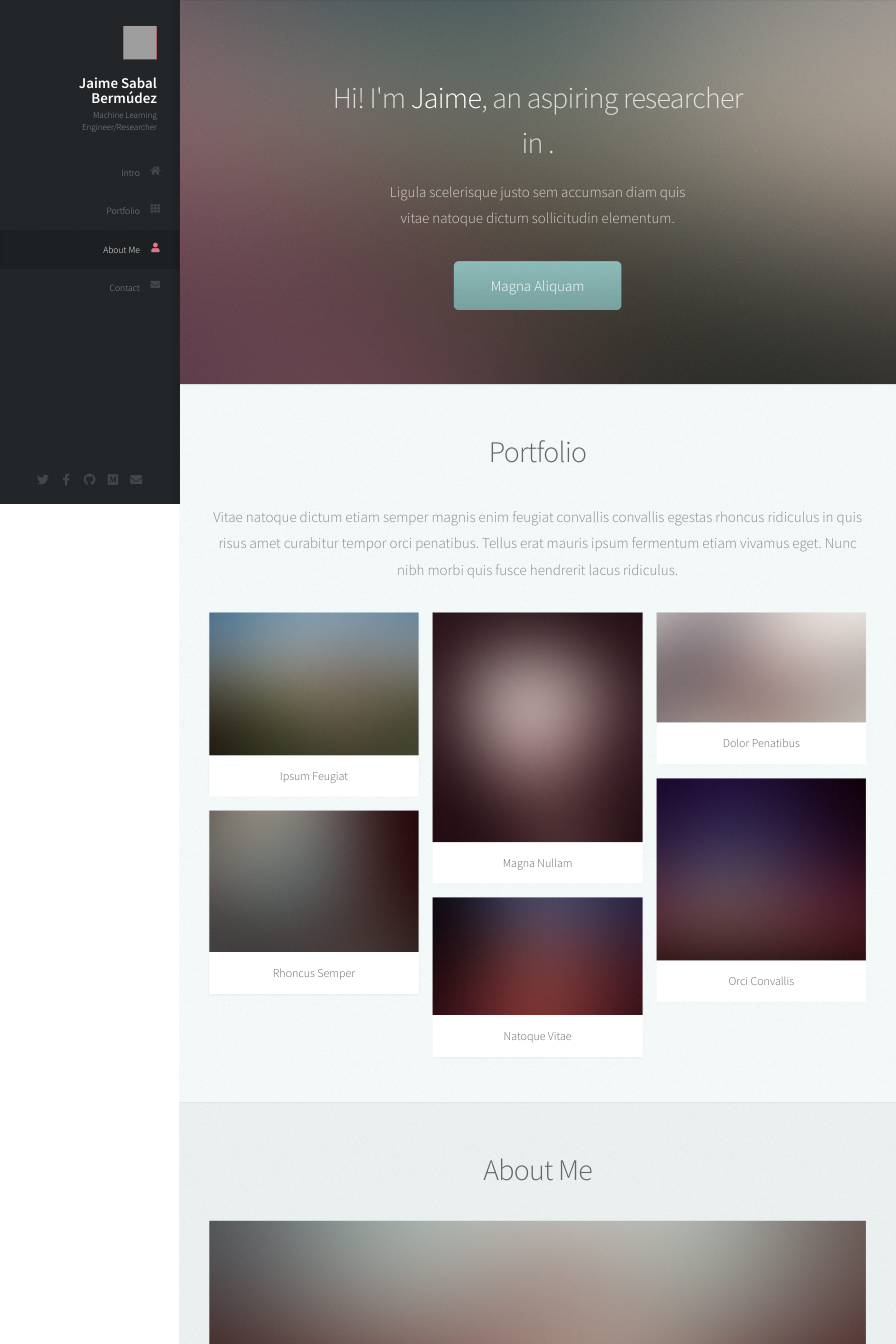
Repository: jaimesabalimperial/jaimesabalimperial.github.io
Page: index.html
These files come from the project's save history. The page is drawn as it stood at one moment and after the next save; the edit follows.
The browser window is 1280 px wide. The pictures show the part of the page from y = 0 to 1920 px (the page is 3341 px tall), at 70% of full size.
Pictures or frames that could not be fetched are drawn as grey boxes.

Above is the page before, as saved 2022-10-04 11:31:44.

### index.html
<!DOCTYPE HTML>
<!--
	Prologue by HTML5 UP
	html5up.net | @ajlkn
	Free for personal and commercial use under the CCA 3.0 license (html5up.net/license)
-->
<html>
	<head>
		<title>Prologue by HTML5 UP</title>
		<meta charset="utf-8" />
		<meta name="viewport" content="width=device-width, initial-scale=1, user-scalable=no" />
		<link rel="stylesheet" href="assets/css/main.css" />
	</head>
	<body class="is-preload">

		<!-- Header -->
			<div id="header">

				<div class="top">

					<!-- Logo -->
						<div id="logo">
							<span class="image avatar48"><img src="images/profile2.jpeg" alt="" /></span>
							<h1 id="title">Jaime Sabal Bermúdez</h1>
							<p>Machine Learning Engineer/Researcher</p>
						</div>

					<!-- Nav -->
						<nav id="nav">
							<ul>
								<li><a href="#top" id="top-link"><span class="icon solid fa-home">Intro</span></a></li>
								<li><a href="#portfolio" id="portfolio-link"><span class="icon solid fa-th">Portfolio</span></a></li>
								<li><a href="#about" id="about-link"><span class="icon solid fa-user">About Me</span></a></li>
								<li><a href="#contact" id="contact-link"><span class="icon solid fa-envelope">Contact</span></a></li>
							</ul>
						</nav>

				</div>

				<div class="bottom">

					<!-- Social Icons -->
						<ul class="icons">
							<li><a href="#" class="icon brands fa-twitter"><span class="label">Twitter</span></a></li>
							<li><a href="#" class="icon brands fa-facebook-f"><span class="label">Facebook</span></a></li>
							<li><a href="https://github.com/jaimesabalimperial" class="icon brands fa-github"><span class="label">Github</span></a></li>
							<li><a href="https://medium.com/@jsabalb" class="icon brands fa-medium"><span class="label">Medium</span></a></li>
							<li><a href="mailto: jsabalb@gmail.com" class="icon solid fa-envelope"><span class="label">Email</span></a></li>
						</ul>

				</div>

			</div>

		<!-- Main -->
			<div id="main">

				<!-- Intro -->
					<section id="top" class="one dark cover">
						<div class="container">

							<header>
								<h2 class="alt">Hi! I'm <strong>Jaime</strong>, an aspiring researcher <br />
								in </a>.</h2>
								<p>Ligula scelerisque justo sem accumsan diam quis<br />
								vitae natoque dictum sollicitudin elementum.</p>
							</header>

							<footer>
								<a href="#portfolio" class="button scrolly">Magna Aliquam</a>
							</footer>

						</div>
					</section>

				<!-- Portfolio -->
					<section id="portfolio" class="two">
						<div class="container">

							<header>
								<h2>Portfolio</h2>
							</header>

							<p>Vitae natoque dictum etiam semper magnis enim feugiat convallis convallis
							egestas rhoncus ridiculus in quis risus amet curabitur tempor orci penatibus.
							Tellus erat mauris ipsum fermentum etiam vivamus eget. Nunc nibh morbi quis
							fusce hendrerit lacus ridiculus.</p>

							<div class="row">
								<div class="col-4 col-12-mobile">
									<article class="item">
										<a href="#" class="image fit"><img src="images/pic02.jpg" alt="" /></a>
										<header>
											<h3>Ipsum Feugiat</h3>
										</header>
									</article>
									<article class="item">
										<a href="#" class="image fit"><img src="images/pic03.jpg" alt="" /></a>
										<header>
											<h3>Rhoncus Semper</h3>
										</header>
									</article>
								</div>
								<div class="col-4 col-12-mobile">
									<article class="item">
										<a href="#" class="image fit"><img src="images/pic04.jpg" alt="" /></a>
										<header>
											<h3>Magna Nullam</h3>
										</header>
									</article>
									<article class="item">
										<a href="#" class="image fit"><img src="images/pic05.jpg" alt="" /></a>
										<header>
											<h3>Natoque Vitae</h3>
										</header>
									</article>
								</div>
								<div class="col-4 col-12-mobile">
									<article class="item">
										<a href="#" class="image fit"><img src="images/pic06.jpg" alt="" /></a>
										<header>
											<h3>Dolor Penatibus</h3>
										</header>
									</article>
									<article class="item">
										<a href="#" class="image fit"><img src="images/pic07.jpg" alt="" /></a>
										<header>
											<h3>Orci Convallis</h3>
										</header>
									</article>
								</div>
							</div>

						</div>
					</section>

				<!-- About Me -->
					<section id="about" class="three">
						<div class="container">

							<header>
								<h2>About Me</h2>
							</header>

							<a href="#" class="image featured"><img src="images/pic08.jpg" alt="" /></a>

							<p>Tincidunt eu elit diam magnis pretium accumsan etiam id urna. Ridiculus
							ultricies curae quis et rhoncus velit. Lobortis elementum aliquet nec vitae
							laoreet eget cubilia quam non etiam odio tincidunt montes. Elementum sem
							parturient nulla quam placerat viverra mauris non cum elit tempus ullamcorper
							dolor. Libero rutrum ut lacinia donec curae mus vel quisque sociis nec
							ornare iaculis.</p>

						</div>
					</section>

				<!-- Contact -->
					<section id="contact" class="four">
						<div class="container">

							<header>
								<h2>Contact</h2>
							</header>

							<p>Elementum sem parturient nulla quam placerat viverra
							mauris non cum elit tempus ullamcorper dolor. Libero rutrum ut lacinia
							donec curae mus. Eleifend id porttitor ac ultricies lobortis sem nunc
							orci ridiculus faucibus a consectetur. Porttitor curae mauris urna mi dolor.</p>

							<form method="post" action="#">
								<div class="row">
									<div class="col-6 col-12-mobile"><input type="text" name="name" placeholder="Name" /></div>
									<div class="col-6 col-12-mobile"><input type="text" name="email" placeholder="Email" /></div>
									<div class="col-12">
										<textarea name="message" placeholder="Message"></textarea>
									</div>
									<div class="col-12">
										<input type="submit" value="Send Message" />
									</div>
								</div>
							</form>

						</div>
					</section>

			</div>

		<!-- Footer -->
			<div id="footer">

				<!-- Copyright -->
					<ul class="copyright">
						<li>&copy; Untitled. All rights reserved.</li><li>Design: <a href="http://html5up.net">HTML5 UP</a></li>
					</ul>

			</div>

		<!-- Scripts -->
			<script src="assets/js/jquery.min.js"></script>
			<script src="assets/js/jquery.scrolly.min.js"></script>
			<script src="assets/js/jquery.scrollex.min.js"></script>
			<script src="assets/js/browser.min.js"></script>
			<script src="assets/js/breakpoints.min.js"></script>
			<script src="assets/js/util.js"></script>
			<script src="assets/js/main.js"></script>

	</body>
</html>

Loaded but not shown: assets/css/fontawesome-all.min.css (library); assets/js/jquery.min.js (library); assets/js/jquery.scrolly.min.js (common file); assets/js/jquery.scrollex.min.js (common file); assets/js/browser.min.js (common file); assets/js/breakpoints.min.js (common file); assets/js/util.js (587 lines, source omitted); assets/js/main.js (123 lines, source omitted); assets/css/main.css (2633 lines, source omitted)

After the next save:
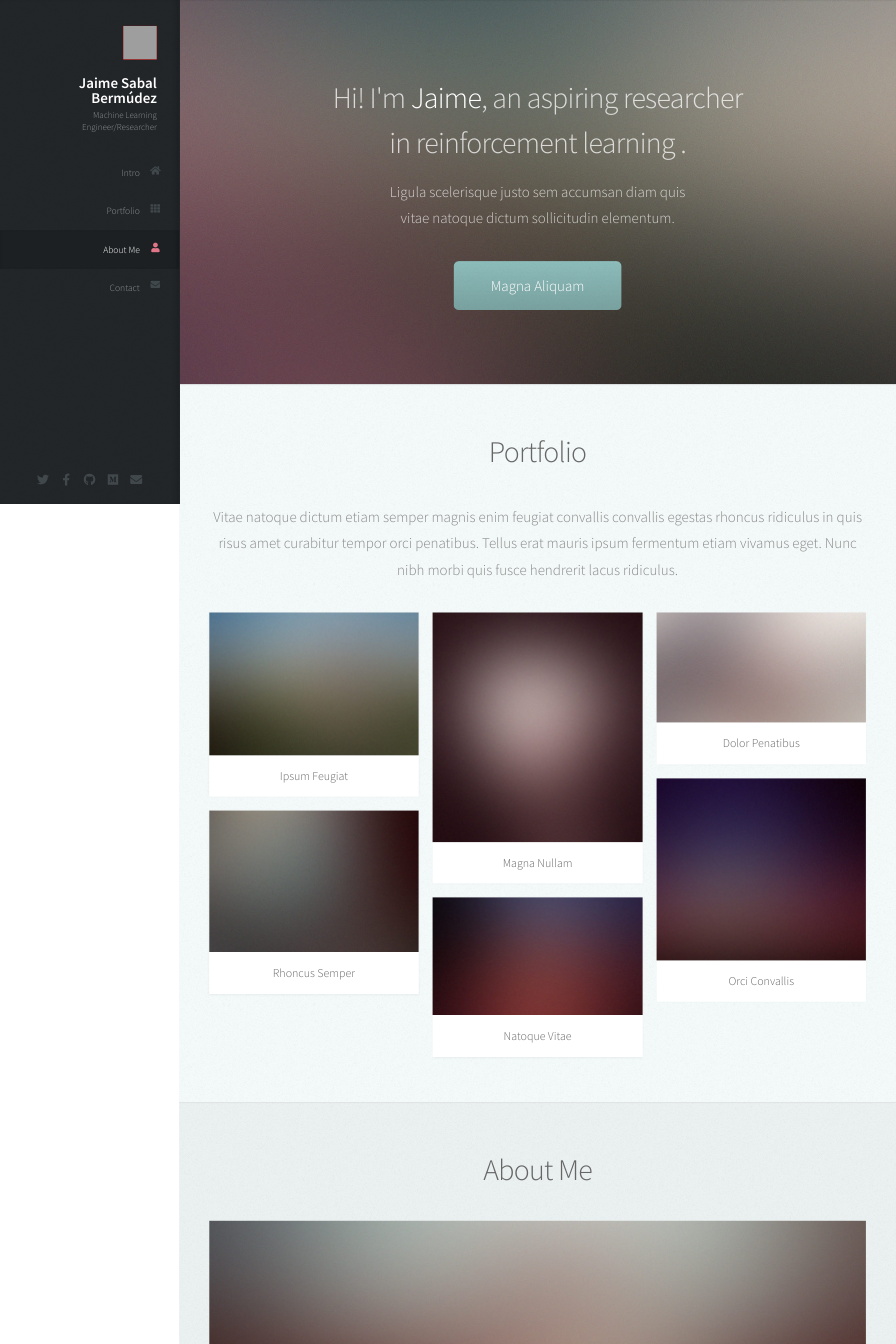
Saved 5 s later.
--- a/index.html
+++ b/index.html
@@ -61,7 +61,7 @@
 
 							<header>
 								<h2 class="alt">Hi! I'm <strong>Jaime</strong>, an aspiring researcher <br />
-								in </a>.</h2>
+								in reinforcement learning </a>.</h2>
 								<p>Ligula scelerisque justo sem accumsan diam quis<br />
 								vitae natoque dictum sollicitudin elementum.</p>
 							</header>
